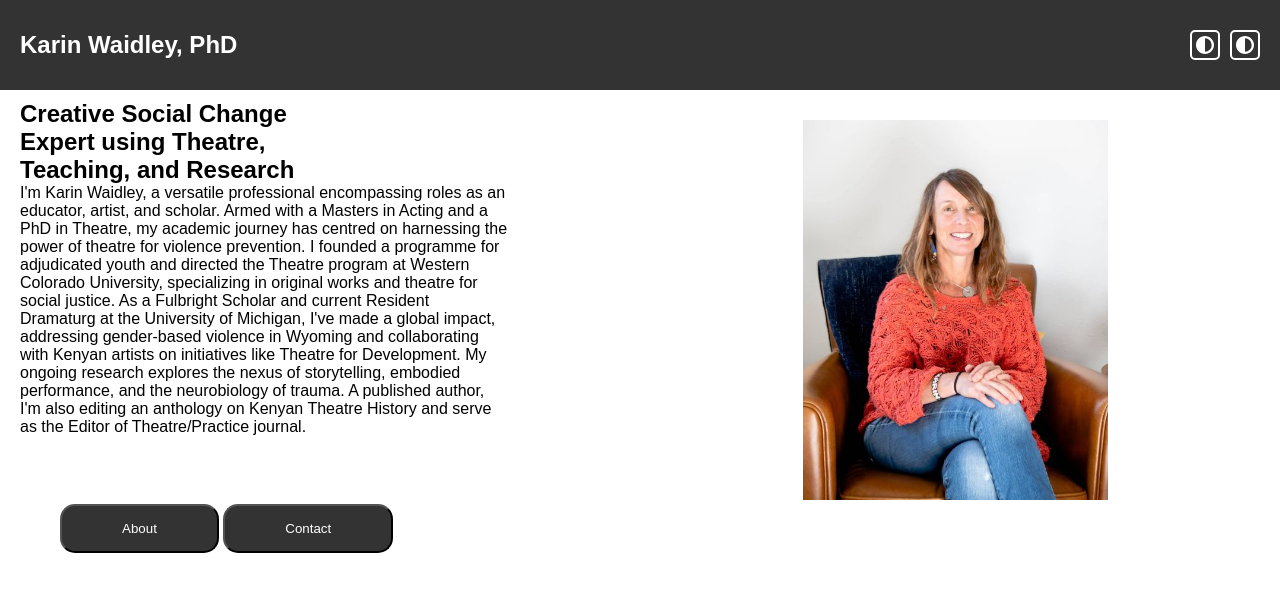
Repository: Ceasor7/Karin
Page: index.html
An editor plug-in stored every save of this project. The page is shown before and after the next save, followed by the edit.
The browser window is 1280 px wide. The pictures show the whole page.

Above is the page before, as saved 2023-12-14 13:41:53.

### index.html
<!DOCTYPE html>
<html lang="en">

<head>
    <meta charset="UTF-8">
    <meta name="viewport" content="width=device-width, initial-scale=1.0">
    <title>Karin Waidley, PhD | Home</title>
    <style>
        /* Resetting some default styles for better consistency */
        body,
        h1,
        h2,
        h3,
        p,
        ul,
        li {
            margin: 0;
            padding: 0;
            list-style: none;
        }

        /* Global styles */
        body {
            font-family: Arial, sans-serif;
        }

        /* Navbar styles */
        header {
            background-color: #333;
            color: white;
            padding: 10px 0;
        }

        .navbar {
            display: flex;
            justify-content: space-between;
            align-items: center;
            padding: 20px;
        }

        .navbar-logo {
            font-size: 1.5em;
            font-weight: bold;
        }

        .navbar-icons {
            display: flex;
            gap: 10px;
        }

        .dark-mode-toggle {
            color: var(--secondary-color);
            border: 2px solid currentColor;
            padding: 4px;
            background: transparent;
            cursor: pointer;
            border-radius: 5px;
            width: 30px;
            height: 30px;
        }

        /* Main content styles */
        section {
            margin-top: 20px;
        }

        /* Contact form styles */
        form {
            max-width: 600px;
            margin: 0 auto;
        }

        label {
            display: block;
            margin-bottom: 8px;
        }

        input,
        textarea,
        select {
            width: 100%;
            padding: 8px;
            margin-bottom: 16px;
            box-sizing: border-box;
        }

        /* New section styles */
        .image-section {
            text-align: center;
            margin-top: 20px;
        }

        .image-section img {
            max-width: 50%;
            height: auto;
        }

        /* Add this CSS to make the two divs beside each other */
        .flex-container {
            display: flex;
            justify-content: space-between;
            margin-top: 10px;
        }

        .flex-container>div {
            flex: 1;
            margin-right: 20px;
        }

        /* Home */
        .home-details {
            text-align: left;
            margin-left: 20px;
        }

        .home-details p {
            width: 80%;
        }

        .home-buttons {
            margin-left: 60px;
            justify-content: space-between;
        }

        .homeRedirect-buttons {
            padding: 15px;
            background-color: #333;
            color: white;
            padding-left: 60px;
            padding-right: 60px;
            border-radius: 15px;
        }

        /* Home */
    </style>
</head>

<body>
    <header>
        <div class="navbar">
            <div class="navbar-logo">Karin Waidley, PhD</div>
            <div class="navbar-icons">
                <button id="dark-mode-toggle" class="dark-mode-toggle">
                    <svg width="100%" xmlns="http://www.w3.org/2000/svg" viewBox="0 0 496 496">
                        <path fill="currentColor"
                            d="M8,256C8,393,119,504,256,504S504,393,504,256,393,8,256,8,8,119,8,256ZM256,440V72a184,184,0,0,1,0,368Z"
                            transform="translate(-8 -8)" />
                    </svg>
                </button>
                <button id="dark-mode-toggle" class="dark-mode-toggle">
                    <svg width="100%" xmlns="http://www.w3.org/2000/svg" viewBox="0 0 496 496">
                        <path fill="currentColor"
                            d="M8,256C8,393,119,504,256,504S504,393,504,256,393,8,256,8,8,119,8,256ZM256,440V72a184,184,0,0,1,0,368Z"
                            transform="translate(-8 -8)" />
                    </svg>
                </button>
            </div>
        </div>
    </header>
    <div class="flex-container">
        <div class="home-details">
            <h2>Creative Social Change<br> Expert using Theatre, <br>Teaching, and Research</h2>
            <p>I'm Karin Waidley, a versatile professional encompassing roles as an educator, artist, and scholar. Armed
                with a Masters in Acting and a PhD in Theatre, my academic journey has centred on harnessing the power
                of theatre for violence prevention. I founded a programme for adjudicated youth and directed the Theatre
                program at Western Colorado University, specializing in original works and theatre for social justice.
                As a Fulbright Scholar and current Resident Dramaturg at the University of Michigan, I've made a global
                impact, addressing gender-based violence in Wyoming and collaborating with Kenyan artists on initiatives
                like Theatre for Development. My ongoing research explores the nexus of storytelling, embodied
                performance, and the neurobiology of trauma. A published author, I'm also editing an anthology on Kenyan
                Theatre History and serve as the Editor of Theatre/Practice journal.</p>
        </div>
        <!-- New section with image -->
        <div class="image-section">
            <img src="images/Karin.jpeg" alt="Karin Waidley">
        </div>
    </div>
    <div class="home-buttons">
        <button class="homeRedirect-buttons">About</button>
        <button class="homeRedirect-buttons">Contact</button>
    </div>
</body>

</html>

After the next save:
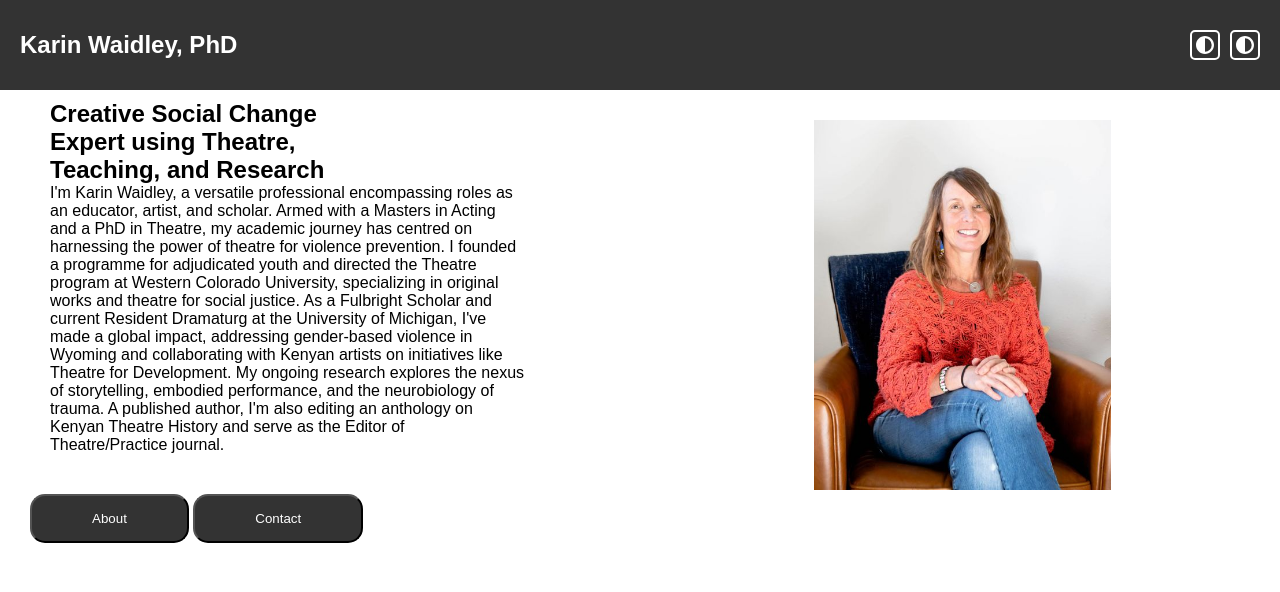
Saved 27 s later.
--- a/index.html
+++ b/index.html
@@ -110,7 +110,7 @@
         /* Home */
         .home-details {
             text-align: left;
-            margin-left: 20px;
+            margin-left: 50px;
         }
 
         .home-details p {
@@ -118,7 +118,7 @@
         }
 
         .home-buttons {
-            margin-left: 60px;
+            margin-left: 30px;
             justify-content: space-between;
         }
 
